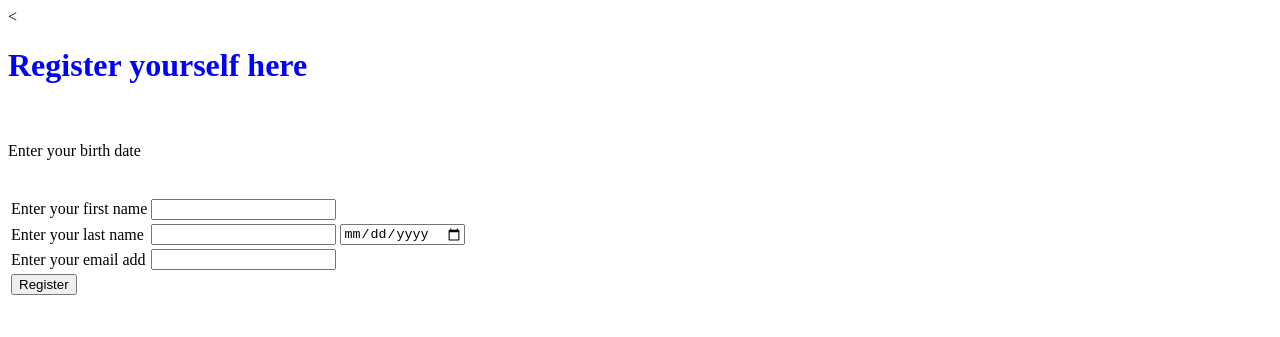
Repository: Prince1530/training
Page: BankProject/public/register.html
The author's editor kept a copy of each file at every save. The page is drawn from the files as they stood at one save, then again after the next save.
The browser window is 1280 px wide. The pictures show the whole page.

Above is the page before, as saved 2022-06-13 09:01:31.

After the next save:
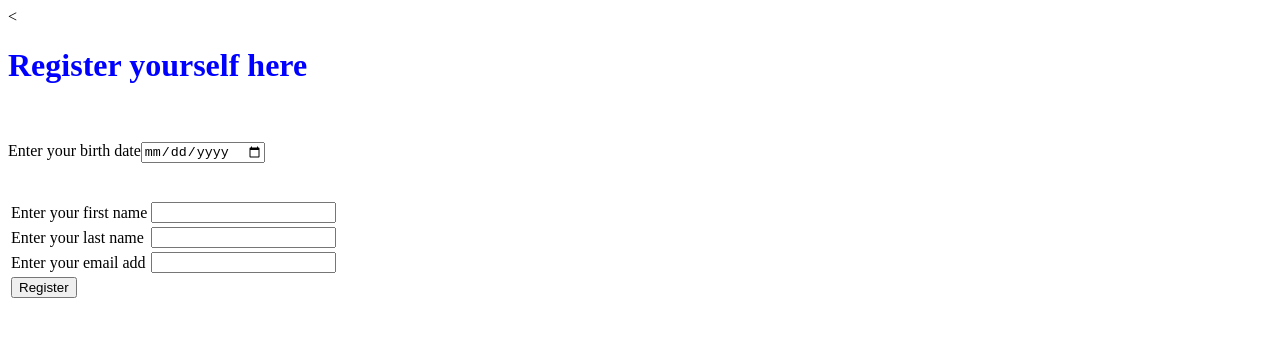
Saved 2 min 9 s later.
--- a/BankProject/public/register.html
+++ b/BankProject/public/register.html
@@ -10,7 +10,7 @@
 <table>
 <tr><td>Enter your first name</td><td><input type=text></td><br>
 <tr><td>Enter your last name</td><td><input type=text></td><br>
-<tr<td>Enter your birth date</td><td><input type=date></td><br>
+<tr<td>Enter your birth date<input type=date></tr></td><br>
 <tr><td>Enter your email add</td><td><input type=text></td><br>
 <tr><td><input type=submit name =submit value="Register"></tr></td> <br>
 </table>
